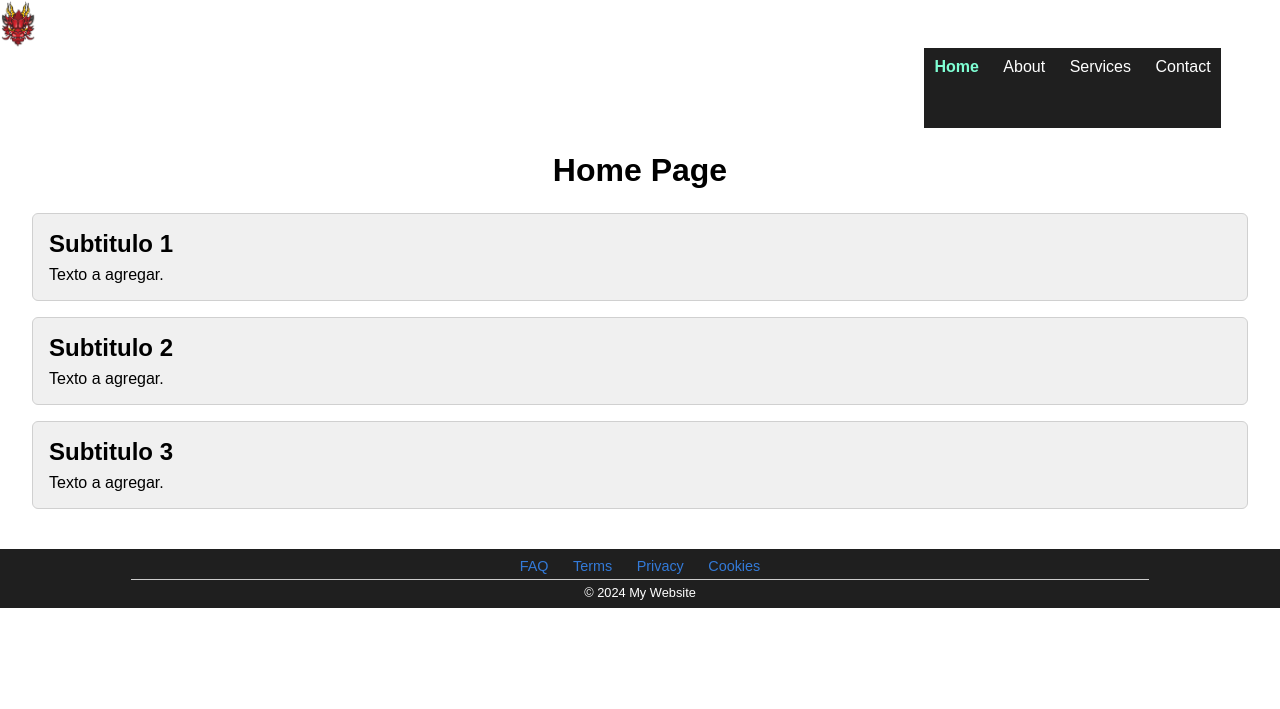
Repository: andreamm-lab/basic-navigation-example-2025-10
Page: index.html
The author's editor kept a copy of each file at every save. The page is drawn from the files as they stood at one save, then again after the next save.
The browser window is 1280 px wide. The pictures show the whole page.

Above is the page before, as saved 2025-11-06 19:43:35.

### index.html
<!DOCTYPE html>
<html lang="en">
<head>
    <meta charset="UTF-8">
    <meta name="viewport" content="width=device-width, initial-scale=1.0">
    <title>Basic Nav Example</title>
    <link rel="stylesheet" href="./main.css">
</head>
<body>
    <header>
        <!--Primary navigation-->
        <nav aria-label="Primary navigation">
            <a href="index.html">
                <img src="images/dragon.png" alt="Dragon logo">
            </a>
            <span class="spacer"></span>
            <!--<span class="spacer"></span> --Commeted to delete violet line-->
            <ul>
                <li><a href="index.html" class="current">Home</a></li>
                <li><a href="pages/about.html">About</a></li>
                <li><a href="pages/services.html">Services</a></li>
                <li><a href="pages/contact.html">Contact</a></li>
            </ul>
        </nav>
    </header>

    <main class="home-main">
        <h1 id="page-title">Home Page</h1>

        <div class="card-grid">
            <article class="card">
                <h2>Subtitulo 1</h2>
                <p>Texto a agregar.</p>
            </article>
            <article class="card">
                <h2>Subtitulo 2</h2>
                <p>Texto a agregar.</p>
            </article>
            <article class="card">
                <h2>Subtitulo 3</h2>
                <p>Texto a agregar.</p>
            </article>
        </div>
    </main>

    <!--Footer navigation-->
    <footer id="main-footer">
        <nav aria-label="Footer navigation">
            <ul>
                <li><a href="#">FAQ</a></li>
                <li><a href="#">Terms</a></li>
                <li><a href="#">Privacy</a></li>
                <li><a href="#">Cookies</a></li>
            </ul>
        </nav>
        <hr class="footer-line">
        <p>© 2024 My Website</p>
    </footer>
</body>
</html>

### main.css
/* 1.------------------------------------------------ General Setup ---------------------------------------------*/

* {
    box-sizing: border-box; /* How to calculate dimensiones */
    margin: 0; /* Distance beetween words */
    padding: 0; /* viñetas */
}

/* All Font Page */
body {
    font-family: Arial, Helvetica, sans-serif;
    background-color: #ffffff;
    color: #000;
}



/* 2.---------------------------------------- Header - Upper Menu - Encabezado ---------------------------------*/

/* background box and colors */
/* nav: means both header and footer */
header nav ul {
    padding: 10px 10px;
    min-height: 80px;
    background-color: #1F1F1F;
}

/* Icon - Image */
nav img {
    max-height: 48px;
    background-color: white;
}

img {
    display: block;
}

/* Top Horizontal Menu */
/* Aligning calculation*/
.spacer {
    display: inline-block;
    width: calc(100% - 40px - 320px);
} /* If 0 first number: result left. If 100% results right */

/* Text Relation with image */
nav ul {
    list-style: none;
    display: inline-block;
    vertical-align: bottom;
}

/* Words Distribution */
nav ul li {
    display: inline-block; /* Horizontal */
    margin-right: 20px;
}

/* ask */
nav ul li:last-child {
    margin-right: 0;
}

nav ul li a {
    text-decoration: none
    ;
}

/* Word Colors depending their status */
/* Word clicked */
nav ul li a:link,
nav ul li a:visited {
    color: white;
}

/* Text color if we are in the current page*/
nav ul li a.current {
    color: aquamarine;
    font-weight: bold;
}

/* Mouse over the word */
nav ul li a:hover {
    color: rgb(92, 229, 0);
}


/*2.2: special part -------------------------------- Side Menu --------------------------------------------------*/


/* Side menu on Services */
.page {
    display: block;
}

.main-content {
    display: inline-block;
    width: 69%;
    vertical-align: top;
}

.side-nav {
    display: inline-block;
    width: 28%;
    background-color: #2a2a2a;
    color: #fff;
    margin-left: 1%;
    padding: 16px;
    min-height: 320px;
    border: 1px solid #000;
}

.side-nav h2 {
    margin-bottom: 12px;
}

.side-nav ul {
    list-style: none;
}

.side-nav ul li {
    margin-bottom: 8px;
    display: block;
}

.side-nav ul li a {
    color: #4bb4ff;
    text-decoration: none;
}

.side-nav ul li a:hover {
    text-decoration: underline;
}

/*3.--------------------------------------- Body - White Space for Content ---------------------------------------*/

/* Space size */
main {
    display: block;
    padding: 24px 32px;
    min-height: 400px;
}

/* Home Page Title */
#page-title {
    font-size: 2rem;
}

.home-main h1 {
    text-align: center;
    margin-bottom: 24px;
}

/* text cards */
.card-grid {
    display: block; /* vertical align */
}

.card {
    background-color: #f0f0f0;
    border: 1px solid #d0d0d0;
    border-radius: 6px;
    padding: 16px;
    margin-bottom: 16px;
}

.card h2 {
    margin-bottom: 8px;
}

/*4.-----------------------------------------------------Footer--------------------------------------------------- */

/* FAQ, Terms, etc. */

#main-footer nav ul {
    display: inline-block;
    list-style: none;
    margin-bottom: 4px; /* Distance between FAQ text and white line */
    padding: 0px;
    width: auto;

}

#main-footer nav ul li {
    display: inline-block;
    margin: 0 10px; /*Distance between words in footer: FAQ, Terms, etc. */
}

#main-footer nav ul li a {
    color: rgb(51, 122, 216); /* Text color */
    text-decoration: none;
    font-size: 0.9rem;
}

/* Line separation */

.footer-line {
  border: none;
  border-top: 1px solid #ccc;
  margin: 0px auto 5px;
  width: 80%;
}


/* Last Line Text: My Website */
#main-footer {
    background-color: #1F1F1F;
    color: rgb(255, 255, 255);
    text-align: center;
    padding: 8px 4px; /* 1st number: inferior margin | 2nd: weight and it affects the line also. */
}

#main-footer p {
    font-size: 0.8rem; /* Font size. 'P' is necessary because */
}

After the next save:
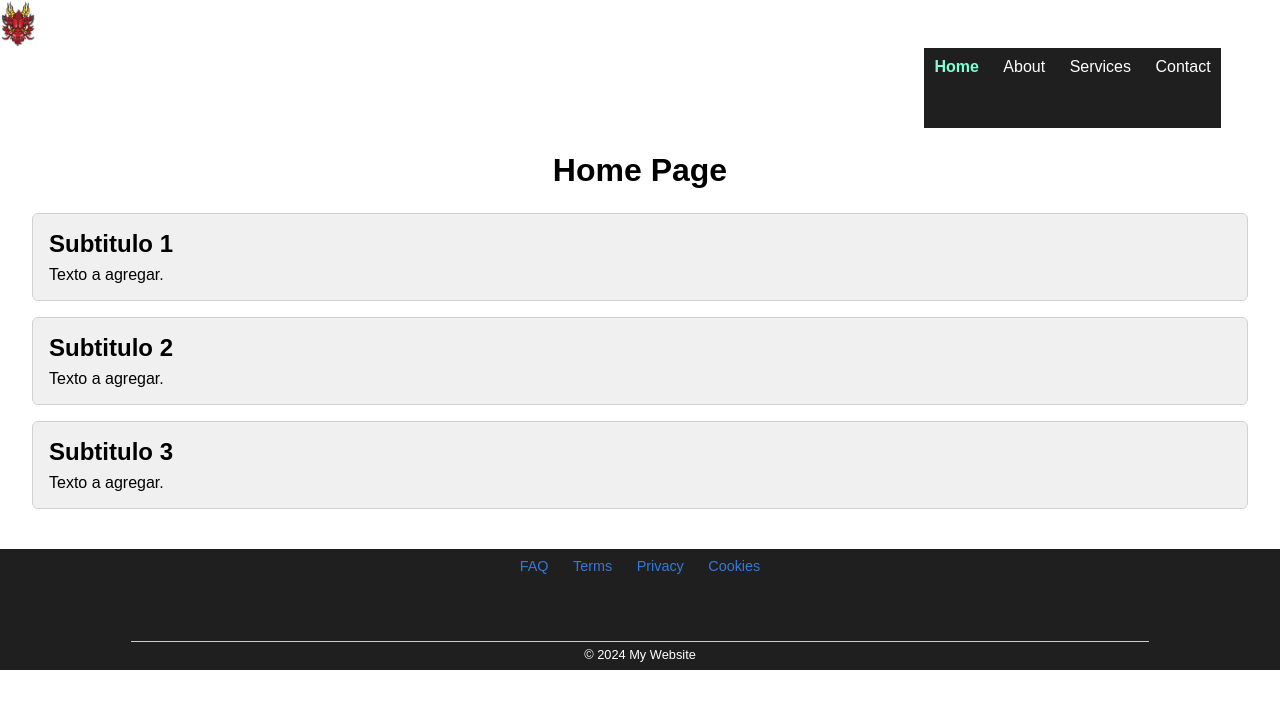
Saved 8 s later.
--- a/main.css
+++ b/main.css
@@ -19,7 +19,7 @@ body {
 
 /* background box and colors */
 /* nav: means both header and footer */
-header nav ul {
+nav ul {
     padding: 10px 10px;
     min-height: 80px;
     background-color: #1F1F1F;
